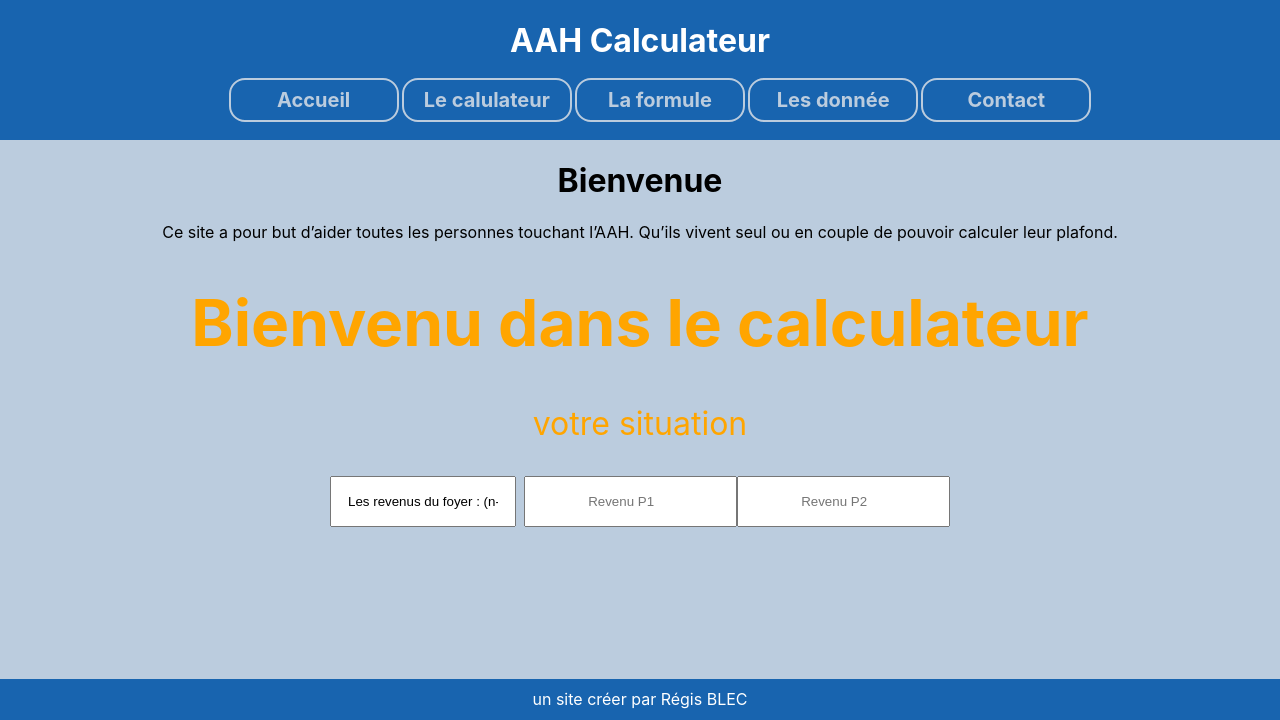
Repository: Cide74/calculateur-aah
Page: /
The author's editor kept a copy of each file at every save. The page is drawn from the files as they stood at one save, then again after the next save.
The browser window is 1280 px wide. The pictures show the whole page.
The project was rebuilt for these pictures with package versions that can differ from the ones it lists, and the page was loaded fresh each time.

Above is the page before, as saved 2021-04-05 17:30:44.

After the next save:
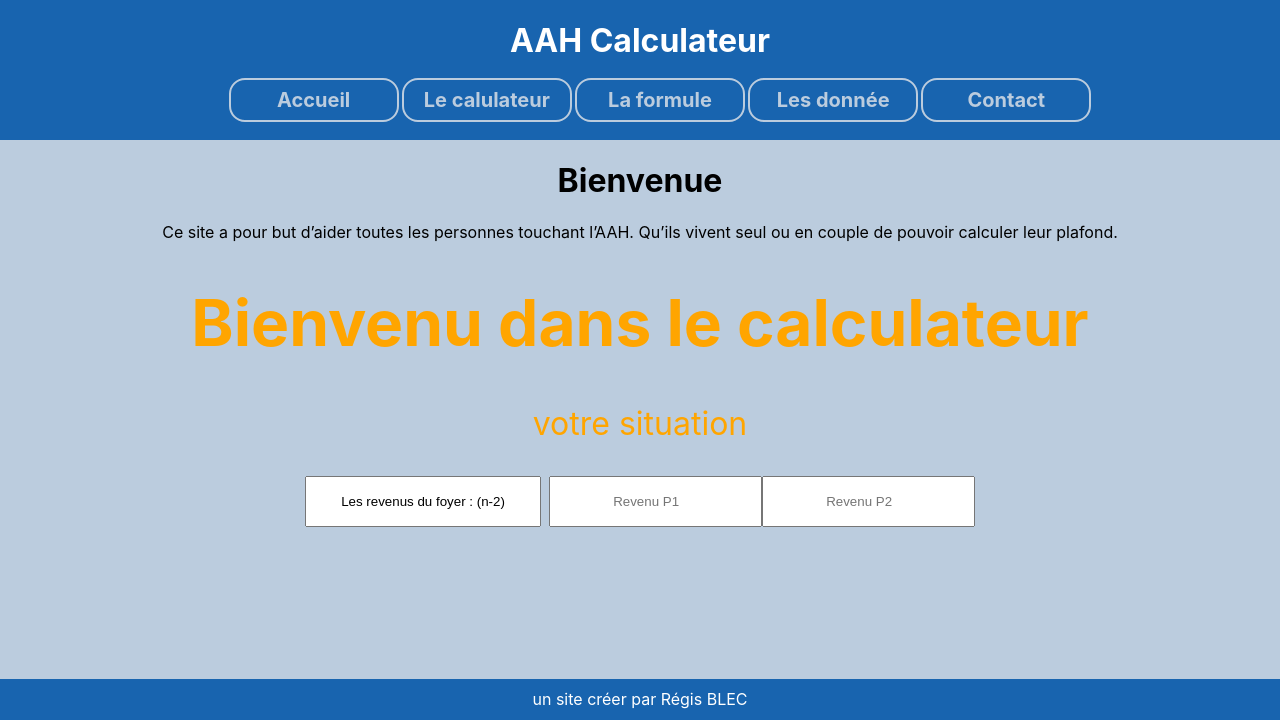
Saved 9 s later.
--- a/src/components/Calculator/Calculator.scss
+++ b/src/components/Calculator/Calculator.scss
@@ -10,7 +10,7 @@
 
         &-text {
             text-align: center;
-            width: 150px;
+            width: 200px;
             margin-right: 0.5rem;
             padding: 1rem;
         }}
